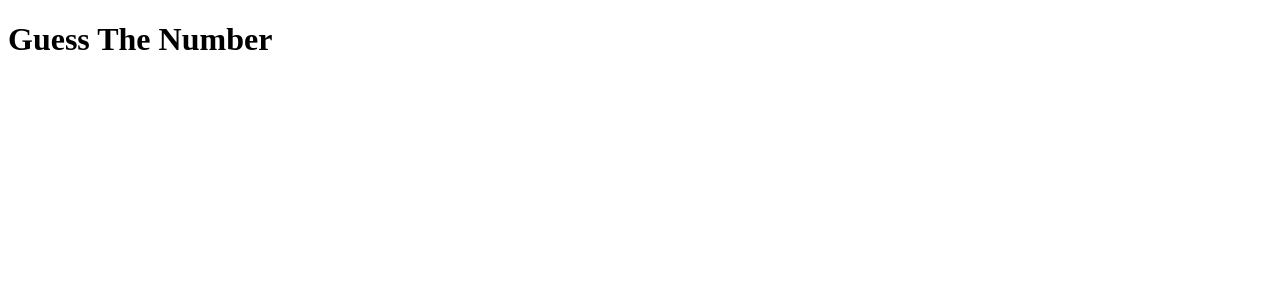
Repository: Haakim19/JavaScript
Page: index2.html
An editor plug-in stored every save of this project. The page is shown before and after the next save, followed by the edit.
The browser window is 1280 px wide. The pictures show the whole page.

Above is the page before, as saved 2024-10-14 17:11:08.

After the next save:
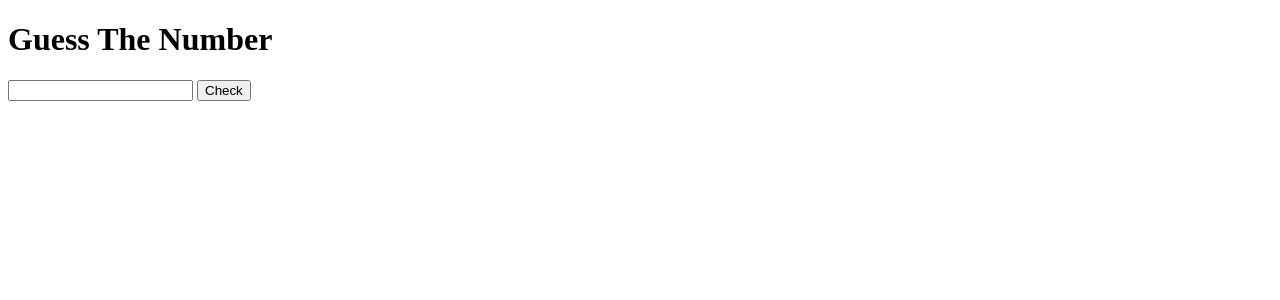
Saved 46 s later.
--- a/index2.html
+++ b/index2.html
@@ -7,6 +7,8 @@
 </head>
 <body>
     <h1>Guess The Number</h1>
+    <input id="gusesNumber">
+    <button>Check</button>
     <script src="Main.js"></script>
 </body>
 </html>
